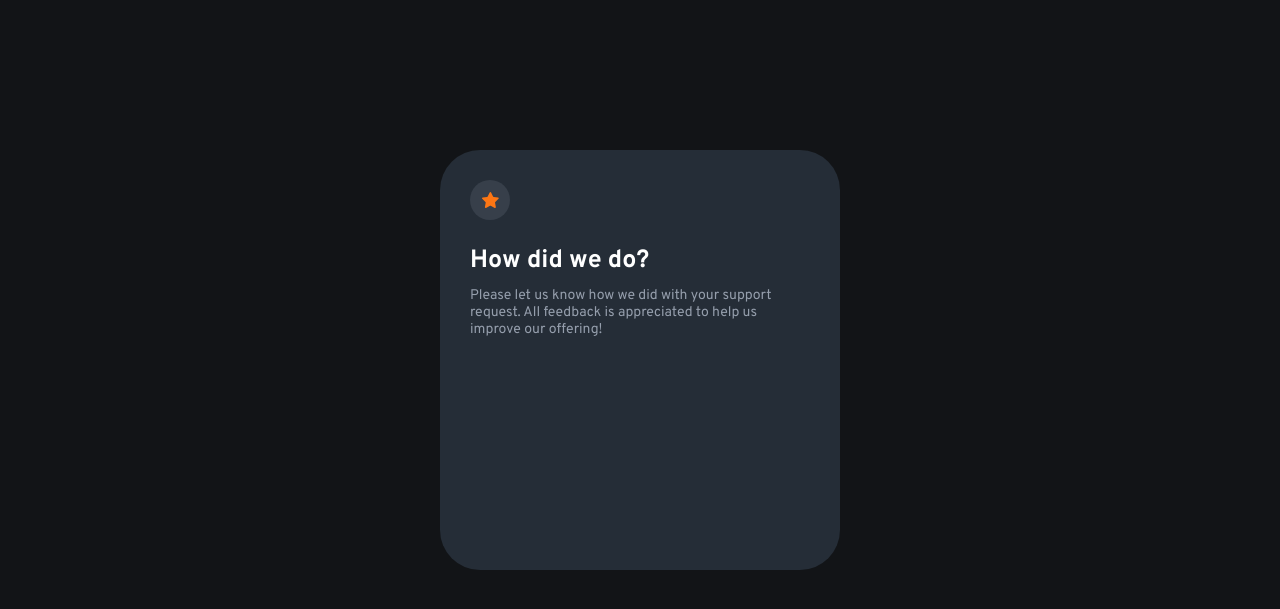
Repository: itbeginswithi/FrontebdMentor
Page: / (app in interactive-rating-component-main/)
These files come from the project's save history. The page is drawn as it stood at one moment and after the next save; the edit follows.
The browser window is 1280 px wide. The pictures show the whole page.
The project was rebuilt for these pictures with package versions that can differ from the ones it lists, and the page was loaded fresh each time.

Above is the page before, as saved 2022-07-23 19:32:22.

After the next save:
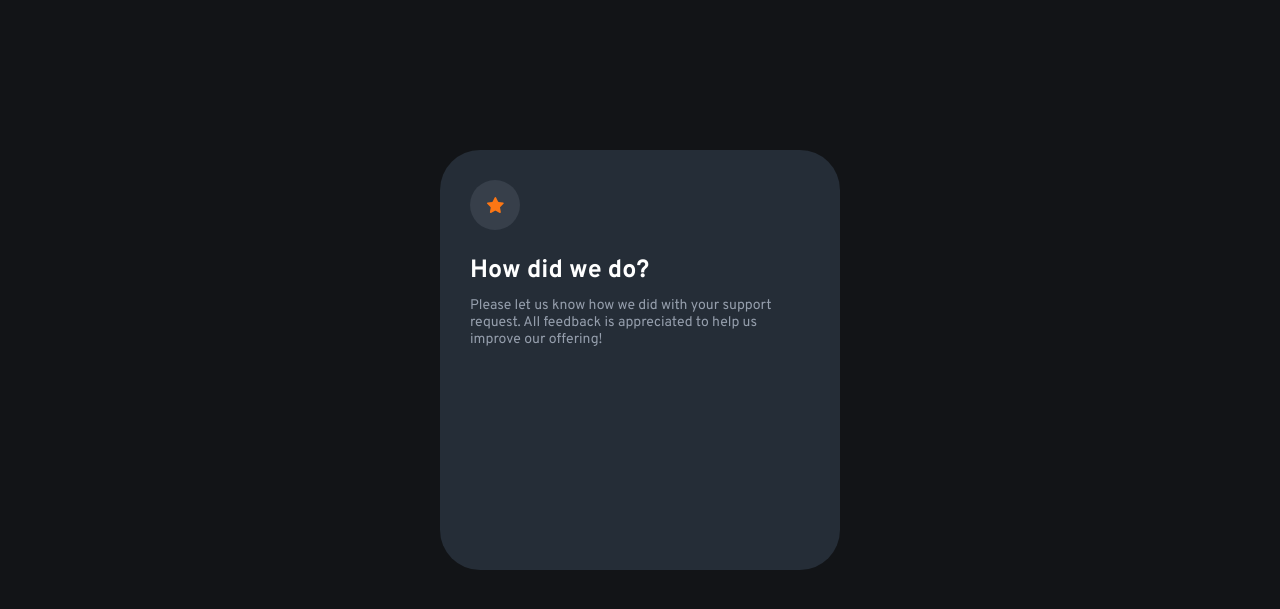
Saved 29 s later.
--- a/interactive-rating-component-main/src/App.scss
+++ b/interactive-rating-component-main/src/App.scss
@@ -40,8 +40,8 @@ main{
         &__star{
             @include flex;
 
-            height: 4rem;
-            width: 4rem;
+            height: 5rem;
+            width: 5rem;
 
             background-color: rgba($medium-grey, 20%);
             border-radius: 100vmax;
